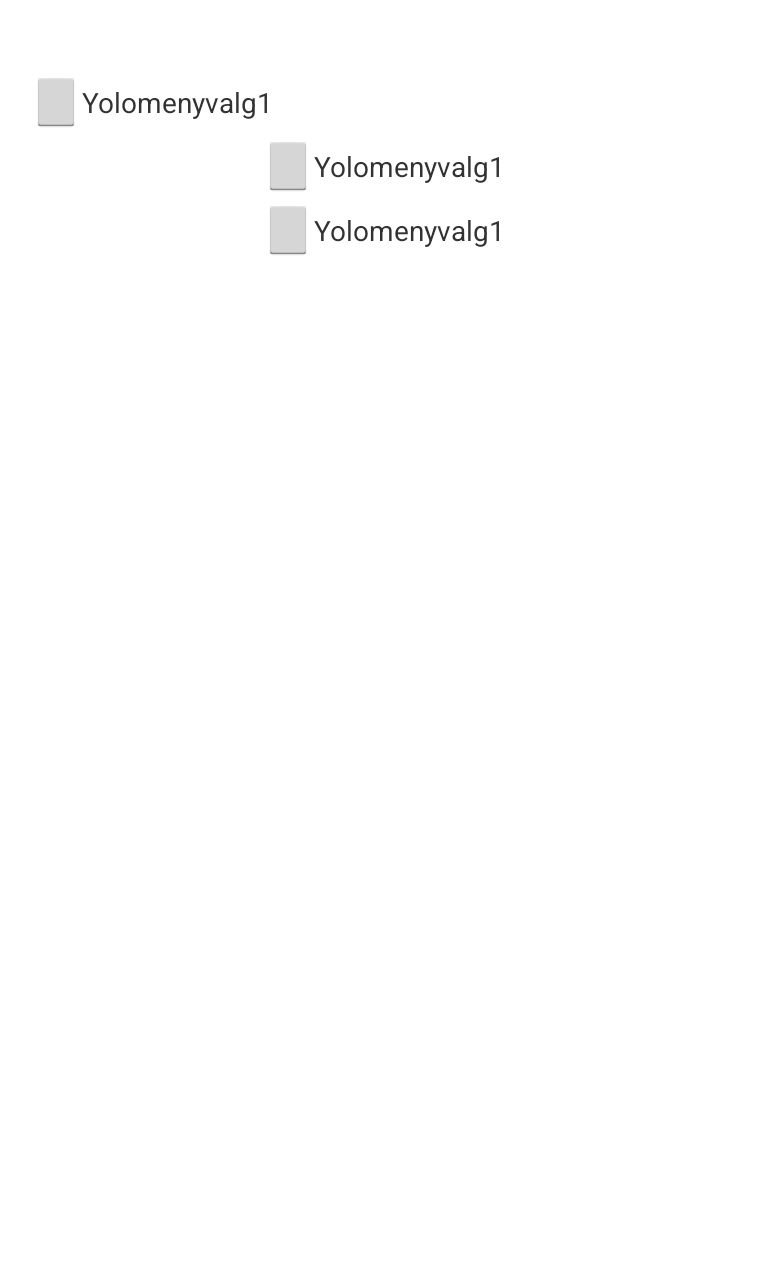
Repository: pumalove/workspace
Layout: MainActivity/res/layout/gridview.xml
The author's editor kept a copy of each file at every save. The layout is drawn from the files as they stood at one save, then again after the next save.
It is drawn on a 768 x 1280 px phone screen (xhdpi) without system bars, with theme AppTheme; the app's code is not run. Lists and similar views that code fills are empty.

Above is the layout before, as saved 2014-03-17 11:12:48.

After the next save:
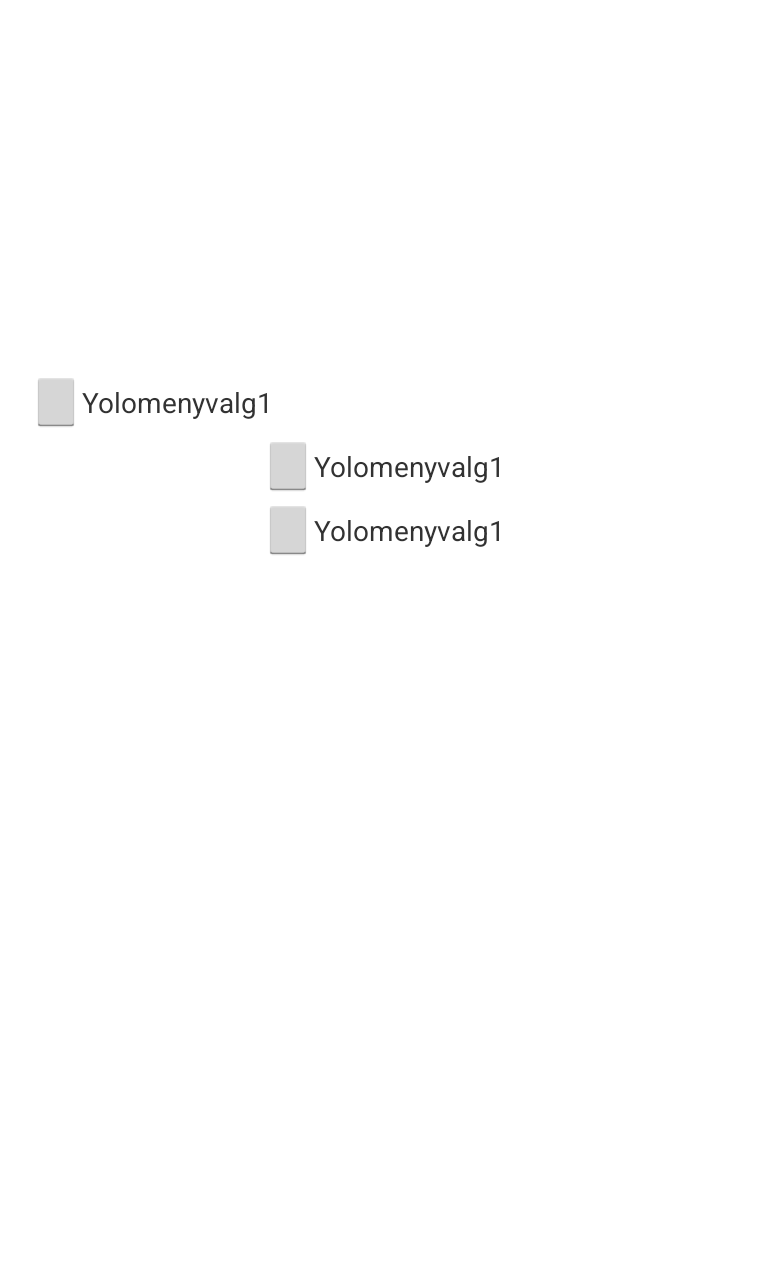
Saved 27 s later.
--- a/MainActivity/res/layout/gridview.xml
+++ b/MainActivity/res/layout/gridview.xml
@@ -13,7 +13,7 @@
         <GridView
             android:id="@+id/gridview"
             android:layout_width="fill_parent"
-            android:layout_height="wrap_content"
+            android:layout_height="150dp"
             android:columnWidth="90dp"
             android:numColumns="auto_fit"
             android:verticalSpacing="10dp"
